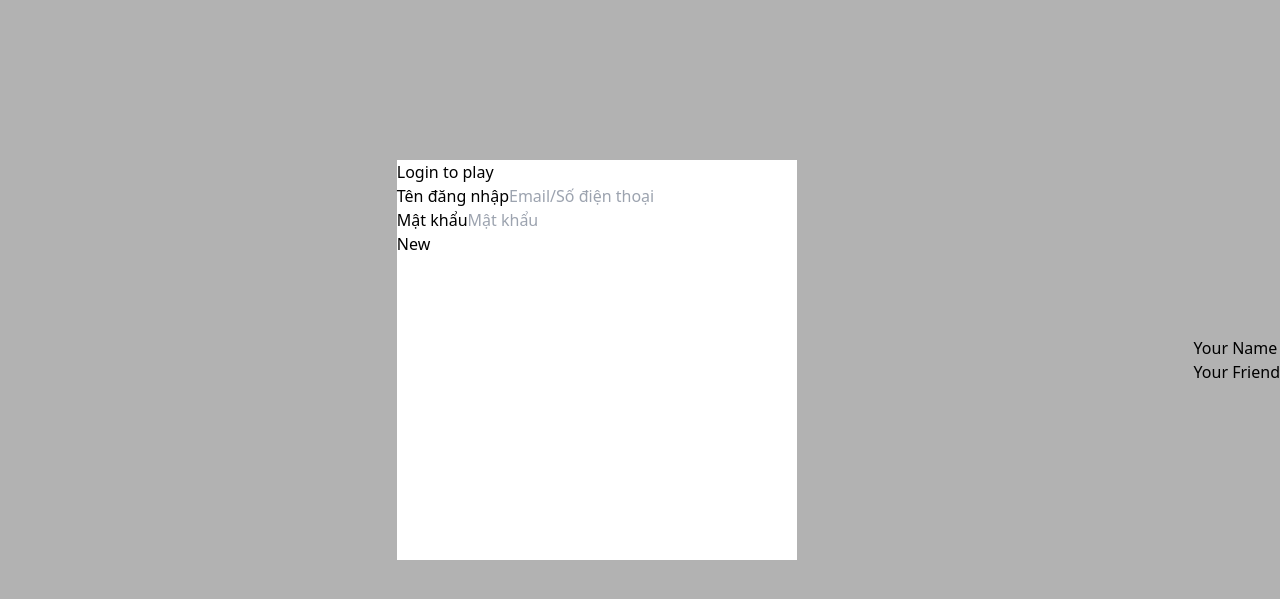
Repository: Teddy1705/demo_pj
Page: /
The author's editor kept a copy of each file at every save. The page is drawn from the files as they stood at one save, then again after the next save.
The browser window is 1280 px wide. The pictures show the whole page.
The project was rebuilt for these pictures with package versions that can differ from the ones it lists, and the page was loaded fresh each time. Also part of the build but not shown: vite.config.js.

Above is the page before, as saved 2024-04-16 09:27:23.

### index.html
<!DOCTYPE html>
<html lang="en">
  <head>
    <meta charset="UTF-8" />
    <link rel="icon" type="image/svg+xml" href="/vite.svg" />
    <meta name="viewport" content="width=device-width, initial-scale=1.0" />
    <title>Tic Tac Toe</title>
    <link rel="stylesheet" href="./src/index.css" />
  </head>
  <body>
    <div id="root"></div>
    <script type="module" src="/src/main.jsx"></script>
  </body>
</html>

### src/index.css
:root {
  --white-color: #fff;
  --black-color: #000;
}

/*
1. Prevent padding and border from affecting element width. (https://github.com/mozdevs/cssremedy/issues/4)
2. Allow adding a border to an element by just adding a border-width. (https://github.com/tailwindcss/tailwindcss/pull/116)
*/

*,
::before,
::after {
  box-sizing: border-box;
  /* 1 */
  border-width: 0;
  /* 2 */
  border-style: solid;
  /* 2 */
  border-color: #e5e7eb;
  /* 2 */
}

::before,
::after {
  --tw-content: "";
}

/*
1. Use a consistent sensible line-height in all browsers.
2. Prevent adjustments of font size after orientation changes in iOS.
3. Use a more readable tab size.
4. Use the user's configured `sans` font-family by default.
5. Use the user's configured `sans` font-feature-settings by default.
6. Use the user's configured `sans` font-variation-settings by default.
7. Disable tap highlights on iOS
*/

html,
:host {
  line-height: 1.5;
  /* 1 */
  -webkit-text-size-adjust: 100%;
  /* 2 */
  -moz-tab-size: 4;
  /* 3 */
  -o-tab-size: 4;
  tab-size: 4;
  /* 3 */
  font-family: ui-sans-serif, system-ui, sans-serif, "Apple Color Emoji",
    "Segoe UI Emoji", "Segoe UI Symbol", "Noto Color Emoji";
  /* 4 */
  font-feature-settings: normal;
  /* 5 */
  font-variation-settings: normal;
  /* 6 */
  -webkit-tap-highlight-color: transparent;
  /* 7 */
}

/*
1. Remove the margin in all browsers.
2. Inherit line-height from `html` so users can set them as a class directly on the `html` element.
*/

body {
  margin: 0;
  /* 1 */
  line-height: inherit;
  /* 2 */
}

/*
1. Add the correct height in Firefox.
2. Correct the inheritance of border color in Firefox. (https://bugzilla.mozilla.org/show_bug.cgi?id=190655)
3. Ensure horizontal rules are visible by default.
*/

hr {
  height: 0;
  /* 1 */
  color: inherit;
  /* 2 */
  border-top-width: 1px;
  /* 3 */
}

/*
Add the correct text decoration in Chrome, Edge, and Safari.
*/

abbr:where([title]) {
  -webkit-text-decoration: underline dotted;
  text-decoration: underline dotted;
}

/*
Remove the default font size and weight for headings.
*/

h1,
h2,
h3,
h4,
h5,
h6 {
  font-size: inherit;
  font-weight: inherit;
}

/*
Reset links to optimize for opt-in styling instead of opt-out.
*/

a {
  color: inherit;
  text-decoration: inherit;
}

/*
Add the correct font weight in Edge and Safari.
*/

b,
strong {
  font-weight: bolder;
}

/*
1. Use the user's configured `mono` font-family by default.
2. Use the user's configured `mono` font-feature-settings by default.
3. Use the user's configured `mono` font-variation-settings by default.
4. Correct the odd `em` font sizing in all browsers.
*/

code,
kbd,
samp,
pre {
  font-family: ui-monospace, SFMono-Regular, Menlo, Monaco, Consolas,
    "Liberation Mono", "Courier New", monospace;
  /* 1 */
  font-feature-settings: normal;
  /* 2 */
  font-variation-settings: normal;
  /* 3 */
  font-size: 1em;
  /* 4 */
}

/*
Add the correct font size in all browsers.
*/

small {
  font-size: 80%;
}

/*
Prevent `sub` and `sup` elements from affecting the line height in all browsers.
*/

sub,
sup {
  font-size: 75%;
  line-height: 0;
  position: relative;
  vertical-align: baseline;
}

sub {
  bottom: -0.25em;
}

sup {
  top: -0.5em;
}

/*
1. Remove text indentation from table contents in Chrome and Safari. (https://bugs.chromium.org/p/chromium/issues/detail?id=999088, https://bugs.webkit.org/show_bug.cgi?id=201297)
2. Correct table border color inheritance in all Chrome and Safari. (https://bugs.chromium.org/p/chromium/issues/detail?id=935729, https://bugs.webkit.org/show_bug.cgi?id=195016)
3. Remove gaps between table borders by default.
*/

table {
  text-indent: 0;
  /* 1 */
  border-color: inherit;
  /* 2 */
  border-collapse: collapse;
  /* 3 */
}

/*
1. Change the font styles in all browsers.
2. Remove the margin in Firefox and Safari.
3. Remove default padding in all browsers.
*/

button,
input,
optgroup,
select,
textarea {
  font-family: inherit;
  /* 1 */
  font-feature-settings: inherit;
  /* 1 */
  font-variation-settings: inherit;
  /* 1 */
  font-size: 100%;
  /* 1 */
  font-weight: inherit;
  /* 1 */
  line-height: inherit;
  /* 1 */
  letter-spacing: inherit;
  /* 1 */
  color: inherit;
  /* 1 */
  margin: 0;
  /* 2 */
  padding: 0;
  /* 3 */
}

/*
Remove the inheritance of text transform in Edge and Firefox.
*/

button,
select {
  text-transform: none;
}

/*
1. Correct the inability to style clickable types in iOS and Safari.
2. Remove default button styles.
*/

button,
input:where([type="button"]),
input:where([type="reset"]),
input:where([type="submit"]) {
  -webkit-appearance: button;
  /* 1 */
  background-color: transparent;
  /* 2 */
  background-image: none;
  /* 2 */
}

/*
Use the modern Firefox focus style for all focusable elements.
*/

:-moz-focusring {
  outline: auto;
}

/*
Remove the additional `:invalid` styles in Firefox. (https://github.com/mozilla/gecko-dev/blob/2f9eacd9d3d995c937b4251a5557d95d494c9be1/layout/style/res/forms.css#L728-L737)
*/

:-moz-ui-invalid {
  box-shadow: none;
}

/*
Add the correct vertical alignment in Chrome and Firefox.
*/

progress {
  vertical-align: baseline;
}

/*
Correct the cursor style of increment and decrement buttons in Safari.
*/

::-webkit-inner-spin-button,
::-webkit-outer-spin-button {
  height: auto;
}

/*
1. Correct the odd appearance in Chrome and Safari.
2. Correct the outline style in Safari.
*/

[type="search"] {
  -webkit-appearance: textfield;
  /* 1 */
  outline-offset: -2px;
  /* 2 */
}

/*
Remove the inner padding in Chrome and Safari on macOS.
*/

::-webkit-search-decoration {
  -webkit-appearance: none;
}

/*
1. Correct the inability to style clickable types in iOS and Safari.
2. Change font properties to `inherit` in Safari.
*/

::-webkit-file-upload-button {
  -webkit-appearance: button;
  /* 1 */
  font: inherit;
  /* 2 */
}

/*
Add the correct display in Chrome and Safari.
*/

summary {
  display: list-item;
}

/*
Removes the default spacing and border for appropriate elements.
*/

blockquote,
dl,
dd,
h1,
h2,
h3,
h4,
h5,
h6,
hr,
figure,
p,
pre {
  margin: 0;
}

fieldset {
  margin: 0;
  padding: 0;
}

legend {
  padding: 0;
}

ol,
ul,
menu {
  list-style: none;
  margin: 0;
  padding: 0;
}

/*
Reset default styling for dialogs.
*/

dialog {
  padding: 0;
}

/*
Prevent resizing textareas horizontally by default.
*/

textarea {
  resize: vertical;
}

/*
1. Reset the default placeholder opacity in Firefox. (https://github.com/tailwindlabs/tailwindcss/issues/3300)
2. Set the default placeholder color to the user's configured gray 400 color.
*/

input::-moz-placeholder,
textarea::-moz-placeholder {
  opacity: 1;
  /* 1 */
  color: #9ca3af;
  /* 2 */
}

input::placeholder,
textarea::placeholder {
  opacity: 1;
  /* 1 */
  color: #9ca3af;
  /* 2 */
}

/*
Set the default cursor for buttons.
*/

button,
[role="button"] {
  cursor: pointer;
}

/*
Make sure disabled buttons don't get the pointer cursor.
*/

:disabled {
  cursor: default;
}

/*
1. Make replaced elements `display: block` by default. (https://github.com/mozdevs/cssremedy/issues/14)
2. Add `vertical-align: middle` to align replaced elements more sensibly by default. (https://github.com/jensimmons/cssremedy/issues/14#issuecomment-634934210)
   This can trigger a poorly considered lint error in some tools but is included by design.
*/

img,
svg,
video,
canvas,
audio,
iframe,
embed,
object {
  display: block;
  /* 1 */
  vertical-align: middle;
  /* 2 */
}

/*
Constrain images and videos to the parent width and preserve their intrinsic aspect ratio. (https://github.com/mozdevs/cssremedy/issues/14)
*/

img,
video {
  max-width: 100%;
  height: auto;
}

/* Make elements with the HTML hidden attribute stay hidden by default */

[hidden] {
  display: none;
}

*,
::before,
::after {
  --tw-border-spacing-x: 0;
  --tw-border-spacing-y: 0;
  --tw-translate-x: 0;
  --tw-translate-y: 0;
  --tw-rotate: 0;
  --tw-skew-x: 0;
  --tw-skew-y: 0;
  --tw-scale-x: 1;
  --tw-scale-y: 1;
  --tw-pan-x: ;
  --tw-pan-y: ;
  --tw-pinch-zoom: ;
  --tw-scroll-snap-strictness: proximity;
  --tw-gradient-from-position: ;
  --tw-gradient-via-position: ;
  --tw-gradient-to-position: ;
  --tw-ordinal: ;
  --tw-slashed-zero: ;
  --tw-numeric-figure: ;
  --tw-numeric-spacing: ;
  --tw-numeric-fraction: ;
  --tw-ring-inset: ;
  --tw-ring-offset-width: 0px;
  --tw-ring-offset-color: #fff;
  --tw-ring-color: rgb(59 130 246 / 0.5);
  --tw-ring-offset-shadow: 0 0 #0000;
  --tw-ring-shadow: 0 0 #0000;
  --tw-shadow: 0 0 #0000;
  --tw-shadow-colored: 0 0 #0000;
  --tw-blur: ;
  --tw-brightness: ;
  --tw-contrast: ;
  --tw-grayscale: ;
  --tw-hue-rotate: ;
  --tw-invert: ;
  --tw-saturate: ;
  --tw-sepia: ;
  --tw-drop-shadow: ;
  --tw-backdrop-blur: ;
  --tw-backdrop-brightness: ;
  --tw-backdrop-contrast: ;
  --tw-backdrop-grayscale: ;
  --tw-backdrop-hue-rotate: ;
  --tw-backdrop-invert: ;
  --tw-backdrop-opacity: ;
  --tw-backdrop-saturate: ;
  --tw-backdrop-sepia: ;
  --tw-contain-size: ;
  --tw-contain-layout: ;
  --tw-contain-paint: ;
  --tw-contain-style: ;
}

::backdrop {
  --tw-border-spacing-x: 0;
  --tw-border-spacing-y: 0;
  --tw-translate-x: 0;
  --tw-translate-y: 0;
  --tw-rotate: 0;
  --tw-skew-x: 0;
  --tw-skew-y: 0;
  --tw-scale-x: 1;
  --tw-scale-y: 1;
  --tw-pan-x: ;
  --tw-pan-y: ;
  --tw-pinch-zoom: ;
  --tw-scroll-snap-strictness: proximity;
  --tw-gradient-from-position: ;
  --tw-gradient-via-position: ;
  --tw-gradient-to-position: ;
  --tw-ordinal: ;
  --tw-slashed-zero: ;
  --tw-numeric-figure: ;
  --tw-numeric-spacing: ;
  --tw-numeric-fraction: ;
  --tw-ring-inset: ;
  --tw-ring-offset-width: 0px;
  --tw-ring-offset-color: #fff;
  --tw-ring-color: rgb(59 130 246 / 0.5);
  --tw-ring-offset-shadow: 0 0 #0000;
  --tw-ring-shadow: 0 0 #0000;
  --tw-shadow: 0 0 #0000;
  --tw-shadow-colored: 0 0 #0000;
  --tw-blur: ;
  --tw-brightness: ;
  --tw-contrast: ;
  --tw-grayscale: ;
  --tw-hue-rotate: ;
  --tw-invert: ;
  --tw-saturate: ;
  --tw-sepia: ;
  --tw-drop-shadow: ;
  --tw-backdrop-blur: ;
  --tw-backdrop-brightness: ;
  --tw-backdrop-contrast: ;
  --tw-backdrop-grayscale: ;
  --tw-backdrop-hue-rotate: ;
  --tw-backdrop-invert: ;
  --tw-backdrop-opacity: ;
  --tw-backdrop-saturate: ;
  --tw-backdrop-sepia: ;
  --tw-contain-size: ;
  --tw-contain-layout: ;
  --tw-contain-paint: ;
  --tw-contain-style: ;
}

#modal {
  position: fixed;
  top: 0;
  right: 0;
  bottom: 0;
  left: 0;
  display: flex;
  align-items: center;
  justify-content: center;
}

#modal .modal__overlay {
  position: absolute;
  width: 100%;
  height: 100%;
  background-color: rgba(0, 0, 0, 0.3);
}

#modal .modal__body {
  position: relative;
  background-color: var(--white-color);
  margin: auto;
  width: 400px;
  height: 400px;
}

### src/main.jsx
import React from "react";
import ReactDOM from "react-dom/client";
import App from "./App.jsx";
import { createBrowserRouter, RouterProvider } from "react-router-dom";
import Root from "./routes/root";
import "./index.css";

const router = createBrowserRouter([
  {
    path: "/",
    element: <Root />,
  },
]);

ReactDOM.createRoot(document.getElementById("root")).render(
  <React.StrictMode>
    <RouterProvider router={router} />
    <App />
  </React.StrictMode>
);

### src/routes/root.jsx
export default function Root() {
  return (
    <>
      <div id="modal">
        <div className="modal__overlay"></div>
        <div className="modal__body">
          <div className="auth-form">
            <div className="auth-form__container">
              <div className="auth-form__header">
                <h2 className="auth-form__heading">Login to play</h2>
              </div>
              <div className="auth-form__info">
                <div className="auth-form__info-details">
                  <label htmlFor="" className="auth-form__label">
                    Tên đăng nhập
                  </label>
                  <input
                    type="text"
                    className="auth-form__info-input"
                    placeholder="Email/Số điện thoại"
                  />
                </div>
                <div className="auth-form__info-details">
                  <label htmlFor="" className="auth-form__label">
                    Mật khẩu
                  </label>
                  <input
                    type="password"
                    className="auth-form__info-input"
                    placeholder="Mật khẩu"
                  />
                </div>
              </div>
            </div>
          </div>

          <form method="post">
            <button type="submit">New</button>
          </form>
        </div>
        <nav>
          <ul>
            <li>
              <a
                href={`https://codesandbox.io/s/q2z497?file=%2Fsrc%2FApp.js&utm_medium=sandpack`}
              >
                Your Name
              </a>
            </li>
            <li>
              <a href={`/contacts/2`}>Your Friend</a>
            </li>
          </ul>
        </nav>
      </div>
      <div id="detail"></div>
    </>
  );
}

Loaded but not shown: src/App.jsx (common file)

After the next save:
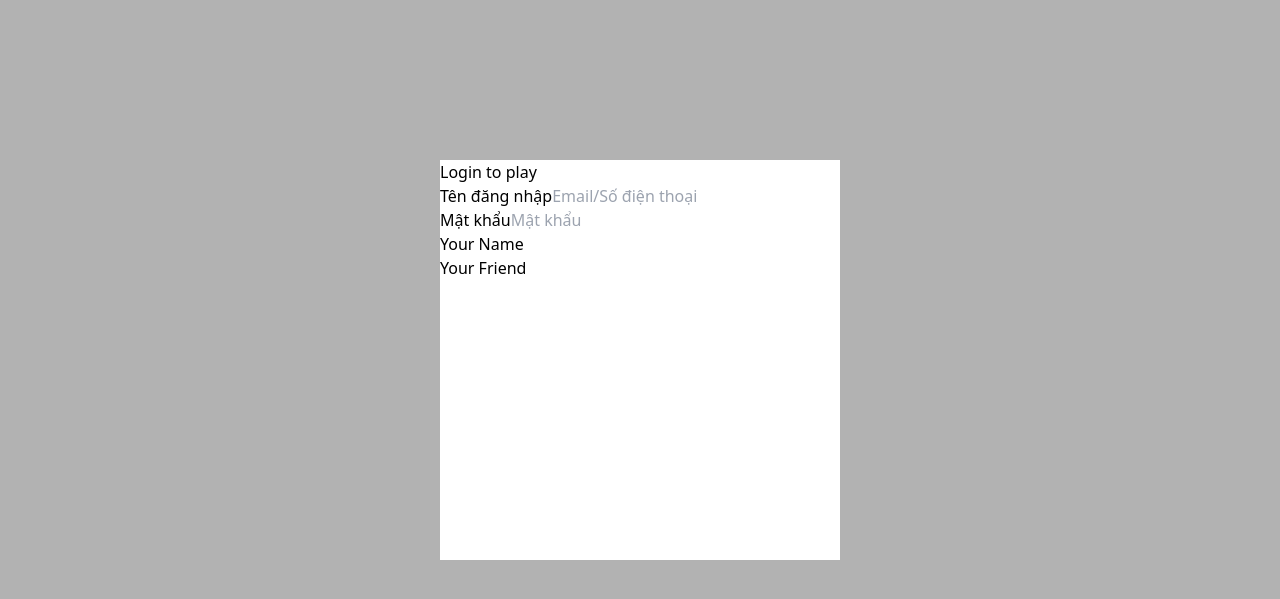
Saved 2 min 4 s later.
--- a/src/routes/root.jsx
+++ b/src/routes/root.jsx
@@ -31,27 +31,23 @@ export default function Root() {
                   />
                 </div>
               </div>
+              <nav>
+                <ul>
+                  <li>
+                    <a
+                      href={`https://codesandbox.io/s/q2z497?file=%2Fsrc%2FApp.js&utm_medium=sandpack`}
+                    >
+                      Your Name
+                    </a>
+                  </li>
+                  <li>
+                    <a href={`/contacts/2`}>Your Friend</a>
+                  </li>
+                </ul>
+              </nav>
             </div>
           </div>
-
-          <form method="post">
-            <button type="submit">New</button>
-          </form>
         </div>
-        <nav>
-          <ul>
-            <li>
-              <a
-                href={`https://codesandbox.io/s/q2z497?file=%2Fsrc%2FApp.js&utm_medium=sandpack`}
-              >
-                Your Name
-              </a>
-            </li>
-            <li>
-              <a href={`/contacts/2`}>Your Friend</a>
-            </li>
-          </ul>
-        </nav>
       </div>
       <div id="detail"></div>
     </>
